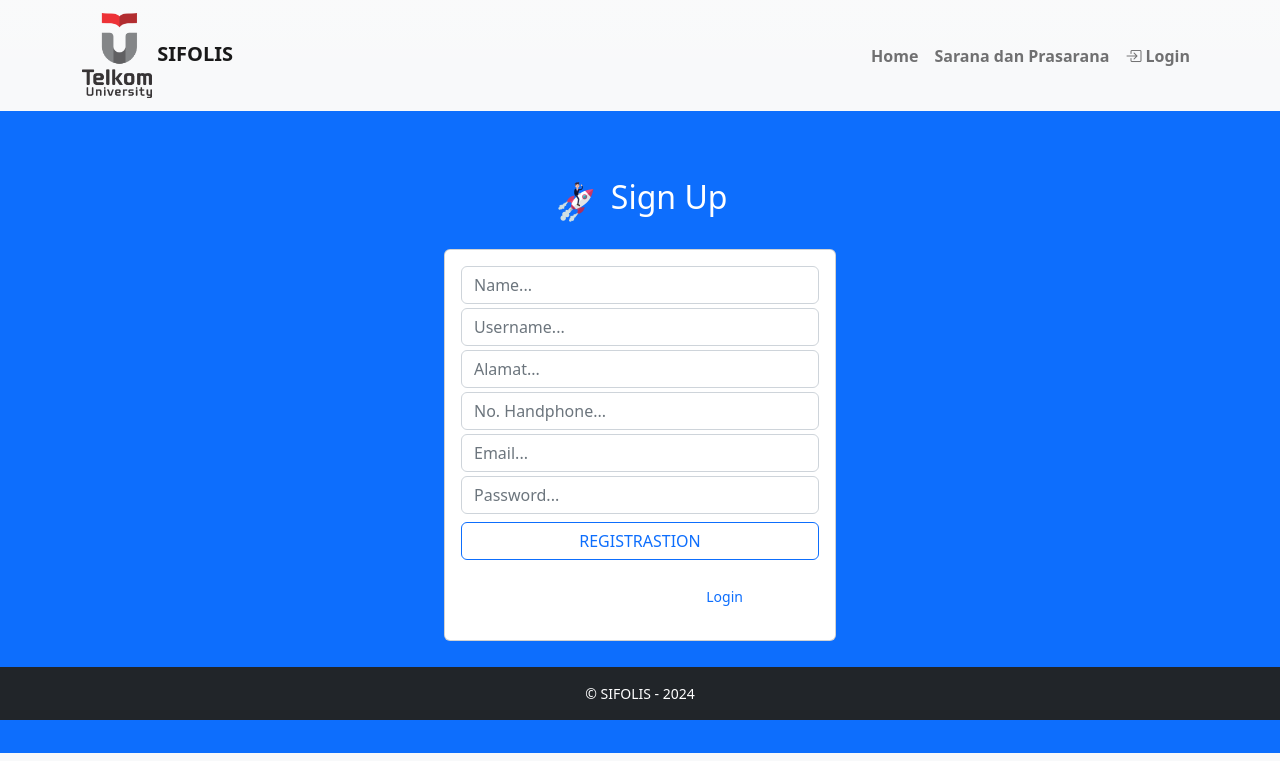
Repository: Audi87/uas_framework
Page: http://localhost/registrasi
The author's editor kept a copy of each file at every save. The page is drawn from the files as they stood at one save, then again after the next save.
The browser window is 1280 px wide. The pictures show the whole page.
Some web libraries are served in a nearby version. The page is served by the project's Laravel application, run on PHP 8.4 with Laravel 10. Other server files are loaded and not shown.

Above is the page before, as saved 2024-06-13 21:21:29.

### routes/web.php
<?php

use App\Http\Controllers\{
    BarangController, ContactController, CustumerController, DataPeminjamanController, HistoryController,
    Home, LoginController, PeminjamanController, ProfilController, RegistrasiController,
    SaranaDanPrasaranaController, AdminController
};
use Illuminate\Support\Facades\Route;


Route::get('/', [Home::class, 'index'])->middleware('auth');

Route::get('/login', [LoginController::class, 'index'])->name('login')->middleware('guest');
Route::post('/login', [LoginController::class, 'login']);
Route::post('/logout', [LoginController::class, 'logout']);

Route::get('/registrasi', [RegistrasiController::class, 'index'])->middleware('guest');
Route::post('/registrasi', [RegistrasiController::class, 'registrasi']);

Route::get('/dashboard', function() {
    return view('dashboard.index', ['title' => 'Dashboard Admin']);
})->middleware('admin');

Route::get('/profil/{user:id}', [ProfilController::class, 'index'])->middleware('auth');

Route::get('/sarana dan prasarana', [SaranaDanPrasaranaController::class, 'index'])->middleware('auth');
Route::resource('/sarana-prasarana', BarangController::class)->middleware('admin');

Route::get('/peminjaman/{barang:id}', [PeminjamanController::class, 'index'])->middleware('auth');
Route::post('/peminjaman/{barang:id}', [PeminjamanController::class, 'peminjaman'])->middleware('auth');

Route::get('/history/{user:id}', [HistoryController::class, 'index'])->middleware('auth');

Route::get('/kembalikan/{id}', [PeminjamanController::class, 'kembalikan'])->middleware('auth');
Route::get('/detail-peminjaman/{id}', [PeminjamanController::class, 'detailPeminjaman'])->middleware('auth');

Route::get('/category/{id}', [SaranaDanPrasaranaController::class, 'category'])->middleware('auth');

Route::get('/custumer', [CustumerController::class, 'index'])->middleware('admin');
Route::get('/custumer/{user:id}', [CustumerController::class, 'detail'])->middleware('admin');

Route::get('/data-peminjaman', [DataPeminjamanController::class, 'index'])->middleware('admin');
Route::get('/data-peminjaman/{id}', [DataPeminjamanController::class, 'detail'])->middleware('admin');

Route::get('/contact', [ContactController::class, 'index'])->middleware('auth');

### app/Http/Controllers/RegistrasiController.php
<?php

namespace App\Http\Controllers;

use Illuminate\Support\Facades\App;
use App\Models\User;
use Illuminate\Http\Request;

class RegistrasiController extends Controller
{
    // Function untuk menampilkan view registrasi
    public function index()
    {
        return view('registrasi.registrasi', [
            'title' => 'Registrasi'
        ]);
    }

    // Function untuk proses registrasi
    public function registrasi(Request $request)
    {
        $validateData = $request->validate([
            'name' => ['required', 'min:4', 'max:255'],
            'username' => ['required', 'min:5', 'max:255'],
            'alamat' => ['required', 'min:5', 'max:255'],
            'no_handphone' => ['required', 'min:5', 'max:255'],
            'email' => ['required', 'min:5', 'max:255', 'unique:users'],
            'password' => ['required', 'min:5', 'max:255']
        ]);

        $validateData['password'] = bcrypt($validateData['password']);
        User::create($validateData);

        // Menampilkan Sweet Alert
        return redirect('/login')->with('success', 'successful registration');
    }
}

### resources/views/registrasi/registrasi.blade.php
@extends('layouts.main')

@section('content')

<div class="regis p-3 mb-2 bg-primary text-white">
    <div class="container-fluid py-5">
        <div class="row text-center mb-5">
            <div class="col-lg-4 offset-lg-4" >
                <h2>
                    <img src="img/pngwing.com (7).png" text-primary width="50" alt="" data-aos="flip-left" data-aos-duration="2000" >
                    Sign Up
                </h2>
            </div>
            <div class="col-lg-4 offset-lg-4 col-10 offset-1 mt-3">
                {{-- Form Registrasi --}}
                <div class="card">
                    <div class="card-body">
                        <form action="/registrasi" method="post">
                            @csrf
                            <div class="mb-1">
                                <input type="text" id="name" name="name" placeholder="Name..." value="{{ old('name') }}" class="form-control @error('name') is-invalid @enderror">
                                @error('name')
                                <div class="invalid-feedback">
                                    {{ $message }}
                                </div>
                                @enderror
                            </div>
                            <div class="mb-1">
                                <input type="text" id="username" name="username" placeholder="Username..." value="{{ old('username') }}" class="form-control @error('username') is-invalid @enderror">
                                @error('username')
                                <div class="invalid-feedback">
                                    {{ $message }}
                                </div>
                                @enderror
                            </div>
                            <div class="mb-1">
                                <input type="text" id="alamat" name="alamat" placeholder="Alamat..." value="{{ old('alamat') }}" class="form-control @error('alamat') is-invalid @enderror">
                                @error('alamat')
                                <div class="invalid-feedback">
                                    {{ $message }}
                                </div>
                                @enderror
                            </div>
                            <div class="mb-1">
                                <input type="number" id="no_handphone" name="no_handphone" placeholder="No. Handphone..." value="{{ old('no_handphone') }}" class="form-control @error('no_handphone') is-invalid @enderror">
                                @error('no_handphone')
                                <div class="invalid-feedback">
                                    {{ $message }}
                                </div>
                                @enderror
                            </div>
                            <div class="mb-1">
                                <input type="email" id="email" name="email" placeholder="Email..." value="{{ old('email') }}" class="form-control @error('email') is-invalid @enderror">
                                @error('email')
                                <div class="invalid-feedback">
                                    {{ $message }}
                                </div>
                                @enderror
                            </div>
                            <div class="mb-2">
                                <input type="password" id="password" name="password" placeholder="Password..." value="{{ old('password') }}" class="form-control @error('password') is-invalid @enderror">
                                @error('password')
                                <div class="invalid-feedback">
                                    {{ $message }}
                                </div>
                                @enderror
                            </div>
                            <div class="mb-4">
                                <button class="btn btn-outline-primary w-100" type="submit">REGISTRASTION</button>
                            </div>
                            <div>
                                <p><small>already have an account? <a href="login" class="text-decoration-none">Login</a></small></p>
                            </div>
                        </form>
                    </div>
                </div>
            </div>
        </div>
    </div>
</div>

@if(session('success'))
<script>
    Swal.fire({
        title: 'Registrasi Berhasil!',
        text: "{{ session('success') }}",
        icon: 'success',
        confirmButtonText: 'Ok'
    });
</script>
@endif

@endsection

### resources/views/layouts/main.blade.php
<!doctype html>
<html lang="en">
  <head>
    <meta charset="utf-8">
    <meta name="viewport" content="width=device-width, initial-scale=1">
    <title>{{ $title }}</title>

    <link rel="stylesheet" href="/css/stylee.css">

    {{-- Link Aos --}}
    <link rel="stylesheet" href="https://unpkg.com/aos@next/dist/aos.css" />

    {{-- Link Icons Bootstrap --}}
    <link rel="stylesheet" href="https://cdn.jsdelivr.net/npm/bootstrap-icons@1.9.1/font/bootstrap-icons.css">

    <link href="https://cdn.jsdelivr.net/npm/bootstrap@5.2.0/dist/css/bootstrap.min.css" rel="stylesheet" integrity="sha384-gH2yIJqKdNHPEq0n4Mqa/HGKIhSkIHeL5AyhkYV8i59U5AR6csBvApHHNl/vI1Bx" crossorigin="anonymous">
    <link href="https://fonts.googleapis.com/css2?family=Poppins:wght@400;500;600&display=swap" rel="stylesheet">
    <link rel="stylesheet" href="https://cdnjs.cloudflare.com/ajax/libs/font-awesome/6.4.0/css/all.min.css"
        integrity="sha512-iecdLmaskl7CVkqkXNQ/ZH/XLlvWZOJyj7Yy7tcenmpD1ypASozpmT/E0iPtmFIB46ZmdtAc9eNBvH0H/ZpiBw=="
        crossorigin="anonymous" referrerpolicy="no-referrer" />
  </head>
  <body class="bg-light">

    {{-- Include navbar --}}
    @include('navbar.navbar')

    {{-- Content --}}
    @yield('content')
    {{-- End Content --}}

    {{-- Include Footer --}}
    @include('footer.footer')

    <script src="https://cdn.jsdelivr.net/npm/bootstrap@5.2.0/dist/js/bootstrap.bundle.min.js" integrity="sha384-A3rJD856KowSb7dwlZdYEkO39Gagi7vIsF0jrRAoQmDKKtQBHUuLZ9AsSv4jD4Xa" crossorigin="anonymous"></script>

    <script src="https://unpkg.com/aos@next/dist/aos.js"></script>
    <script>
      AOS.init();
    </script>

    {{-- Js Jquery --}}
    <script src="/js/jquery.js"></script>

    {{-- Script js --}}
    <script src="/js/script.js"></script>

  </body>
</html>

### resources/views/navbar/navbar.blade.php
{{-- Navbar --}}
<nav class="navbar navbar-expand-lg bg-light bg-gradient navbar-light">
    <div class="container">
        <a class="navbar-brand" href="/"><img src="img/logo.png" width="70" alt="" data-aos="flip-left"
                data-aos-duration="2000"> SIFOLIS </a>
        <button class="navbar-toggler" type="button" data-bs-toggle="collapse" data-bs-target="#navbarNav"
            aria-controls="navbarNav" aria-expanded="false" aria-label="Toggle navigation">
            <span class="navbar-toggler-icon"></span>
        </button>
        <div class="collapse navbar-collapse" id="navbarNav">
            <ul class="navbar-nav ms-auto">
                <li class="nav-item">
                    <a class="nav-link {{ Request::is('/') ? 'active' : '' }}" aria-current="page"
                        href="/">Home</a>
                </li>
                <li class="nav-item">
                    <a class="nav-link {{ Request::is('sarana dan prasarana') ? 'active' : '' }}" aria-current="page"
                        href="/sarana dan prasarana">Sarana dan Prasarana</a>
                </li>

                @auth
                    <li class="nav-item dropdown">
                        <a class="nav-link dropdown-toggle" href="#" role="button" data-bs-toggle="dropdown"
                            aria-expanded="false">
                            <i class="bi bi-person-lines-fill"></i> Welcome, {{ auth()->user()->username }}
                        </a>
                        <ul class="dropdown-menu">
                            @can('admin')
                                <li><a class="dropdown-item" href="/dashboard">Dashboard Admin</a></li>
                            @endcan
                            <li><a class="dropdown-item" href="/history/{{ auth()->user()->id }}">Peminjaman</a></li>
                            <li><a class="dropdown-item" href="/contact">Contact Us</a></li>
                            <li><a class="dropdown-item" href="/profil/{{ auth()->user()->id }}"><i
                                        class="bi bi-person-lines-fill"></i> My Profil</a></li>
                            <li>
                                <hr class="dropdown-divider">
                            </li>
                            {{-- Form Logout --}}
                            <form action="/logout" method="post">
                                @csrf
                                <button type="submit" class="dropdown-item"
                                    onclick="return confirm('sure want to go out?')"><i class="bi bi-box-arrow-in-left"></i>
                                    Logout</button>
                            </form>
                            {{-- End From --}}
                        </ul>
                    </li>
                @else
                    <li class="nav-item">
                        <a class="nav-link {{ Request::is('login') ? 'active' : '' }}" href="/login"><i
                                class="bi bi-box-arrow-in-right"></i> Login</a>
                    </li>
                @endauth

            </ul>
        </div>
    </div>
</nav>
{{-- End Navbar --}}

### resources/views/footer/footer.blade.php
<div class="container">
    <!-- Konten Halaman di sini -->
</div>
<div class="fixed-bottom">
<footer class="container-fluid bg-dark text-white text-center">
    <div class="container1">
        <div class="row">
            <div class="col-lg-12">
                <small><p class="mt-3">&copy; SIFOLIS - 2024</p></small>
            </div>
        </div>
    </div>
    </div>
</footer>

### public/css/stylee.css
nav ul li {
    font-weight: bold;
}

nav a {
    font-weight: bold;
}

nav ul li:hover {
    background-color: black;
    opacity: 0.8;
    border-radius: 17px;
    text-decoration: underline;
}

### public/js/script.js
$(document).ready(function(){


    window.setTimeout(function(){
        $('.alert').fadeTo(300, 0).slideUp(300, function(){
            $(this).remove();
        });
    }, 4000);

    // Js Show password
    $('#flexCheckDefault').click(function(){
        if($(this).is(':checked')){
            $('#password').attr('type', 'text')
        }else{
            $('#password').attr('type', 'password')
        }
    });

});

Loaded but not shown: app/Http/Controllers/Controller.php (common file); public/js/jquery.js (library)

After the next save:
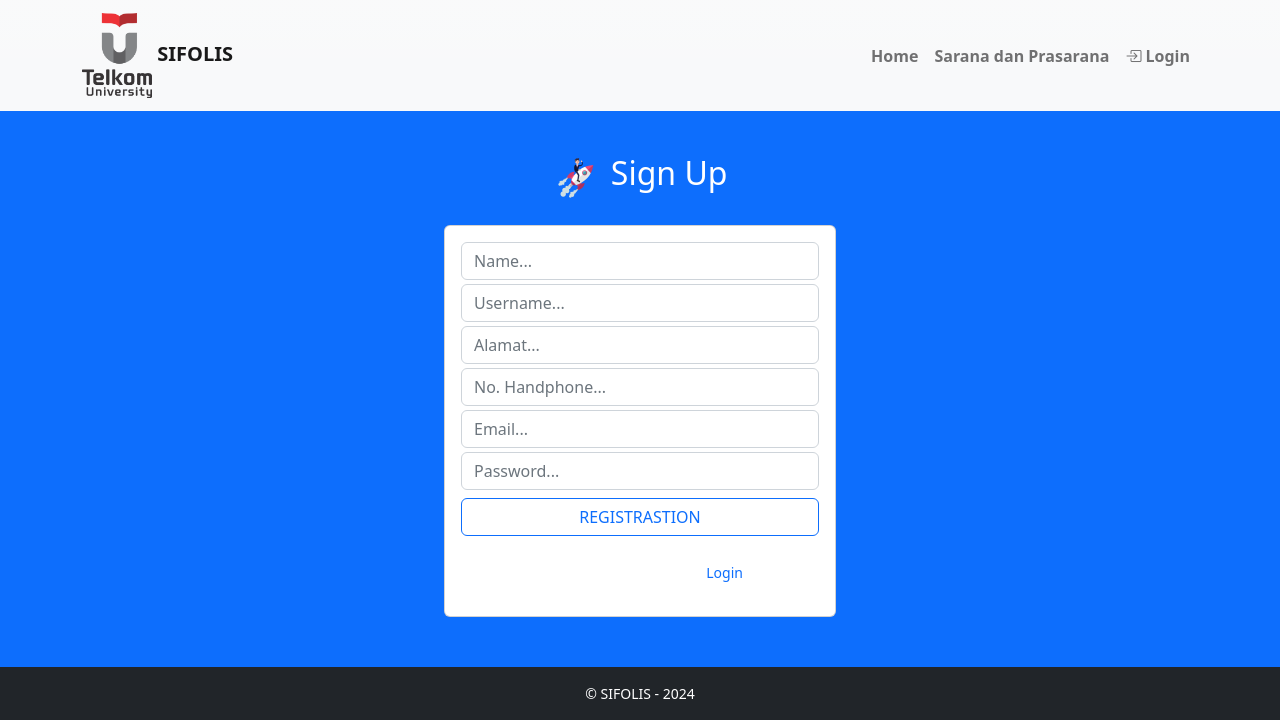
Saved 5 s later.
--- a/resources/views/registrasi/registrasi.blade.php
+++ b/resources/views/registrasi/registrasi.blade.php
@@ -3,7 +3,7 @@
 @section('content')
 
 <div class="regis p-3 mb-2 bg-primary text-white">
-    <div class="container-fluid py-5">
+    <div class="container-fluid py-4">
         <div class="row text-center mb-5">
             <div class="col-lg-4 offset-lg-4" >
                 <h2>
